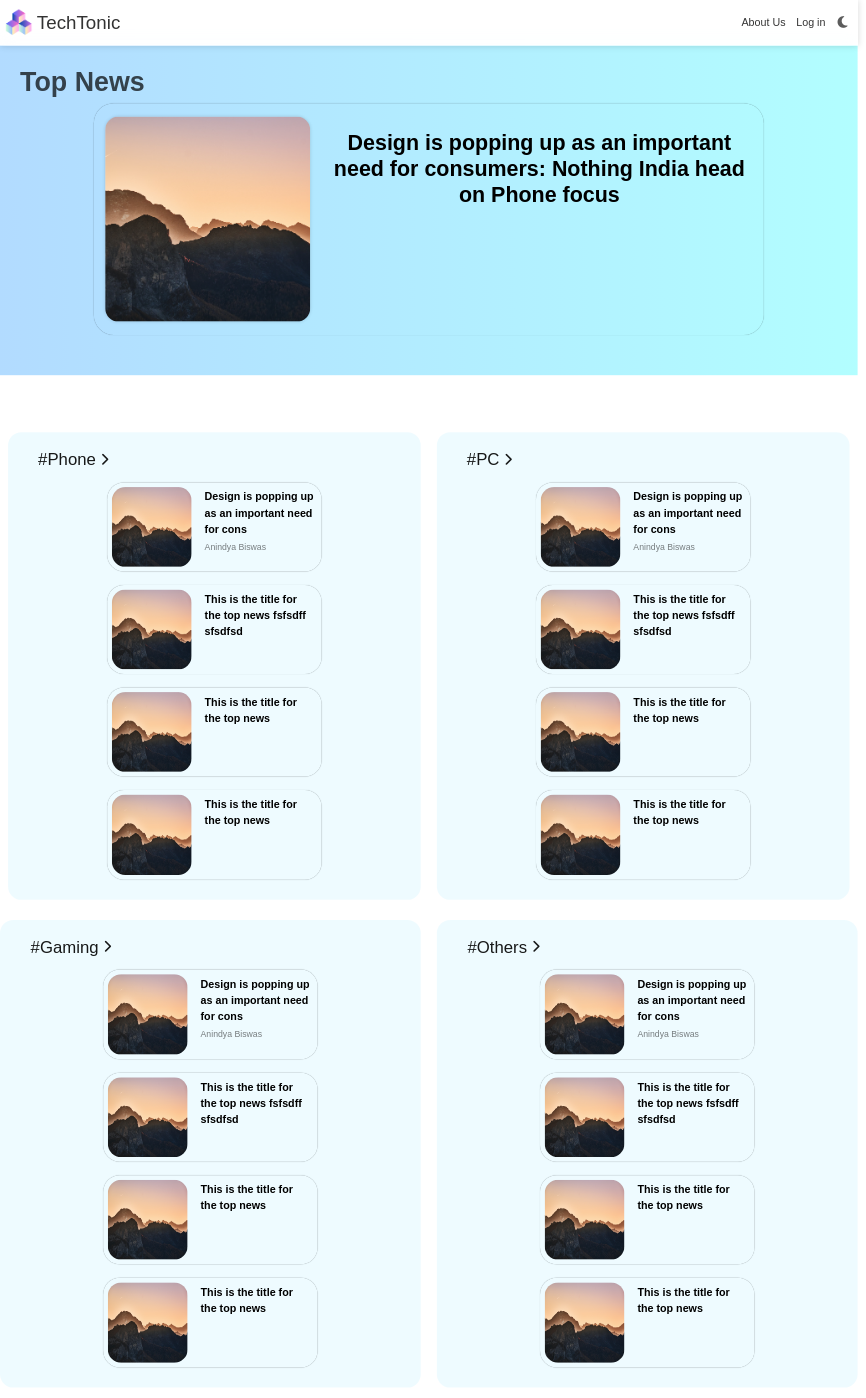
Repository: Anindyait/Tech-Tonic
Page: http://localhost/TechTonic/index.jsp
These files come from the project's save history. The page is drawn as it stood at one moment and after the next save; the edit follows.
The browser window is 1280 px wide. The page is 1292 px wide, then 1280 px, so the pictures cover 1292 px, including what lies to the right of the window. The pictures show the whole page, at 67% of full size.
Some web fonts or font styles are not loaded; a fallback is used. Some web libraries are served in a nearby version. The page is served by Tomcat 9. The template is opened directly, without the code that normally fills it, so the values that code supplies are empty.

Above is the page before, as saved 2023-06-11 14:33:11.

After the next save:
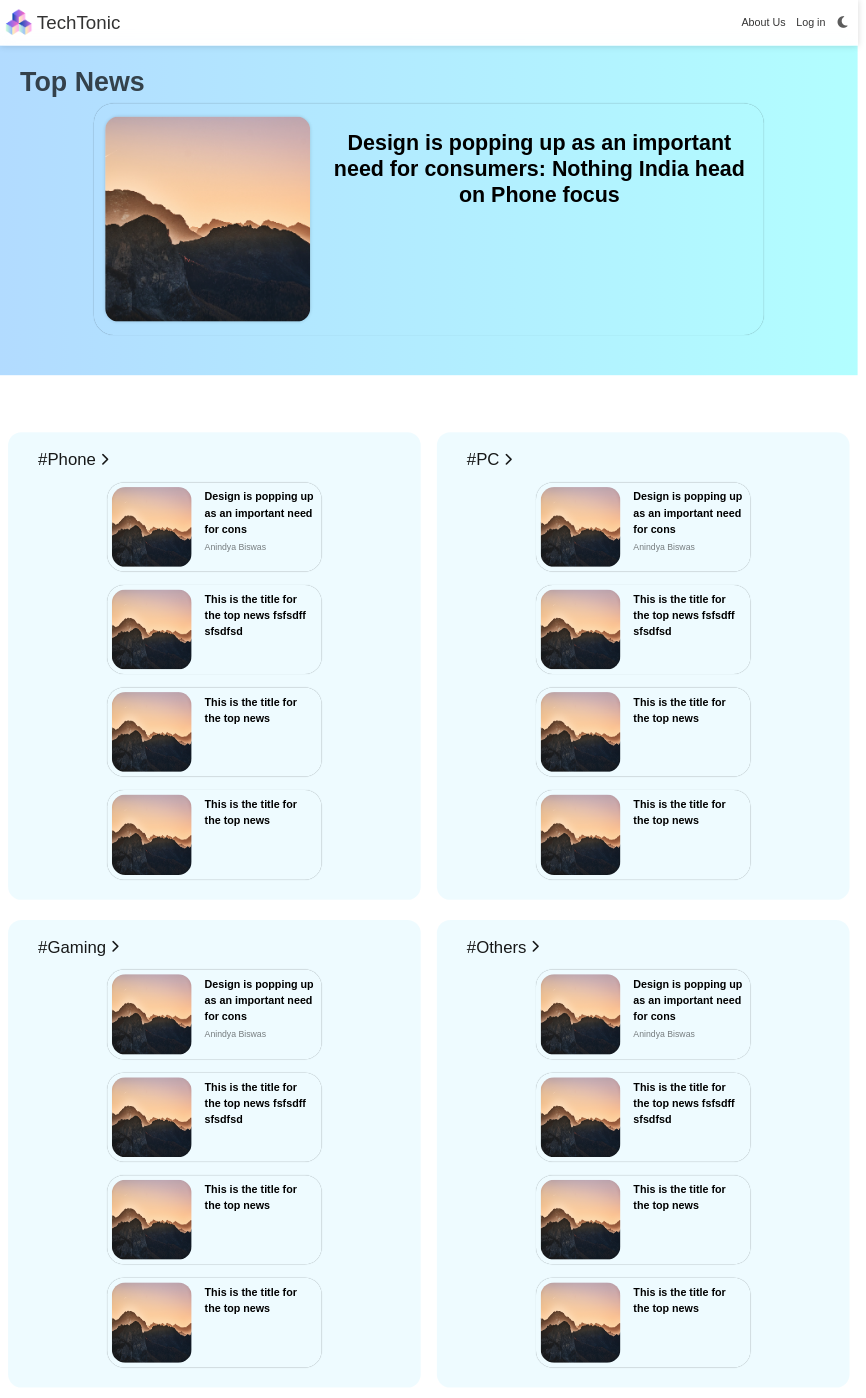
Saved 61 s later.
--- a/TechTonic/src/main/webapp/index.jsp
+++ b/TechTonic/src/main/webapp/index.jsp
@@ -218,7 +218,7 @@
         </div>
 
     </div>
-    <div class="row">
+    <div class="row" style="margin:auto">
         <div class="col-md" >
             <div class="news-container">
                 <a href="#" class="no-decoration">
